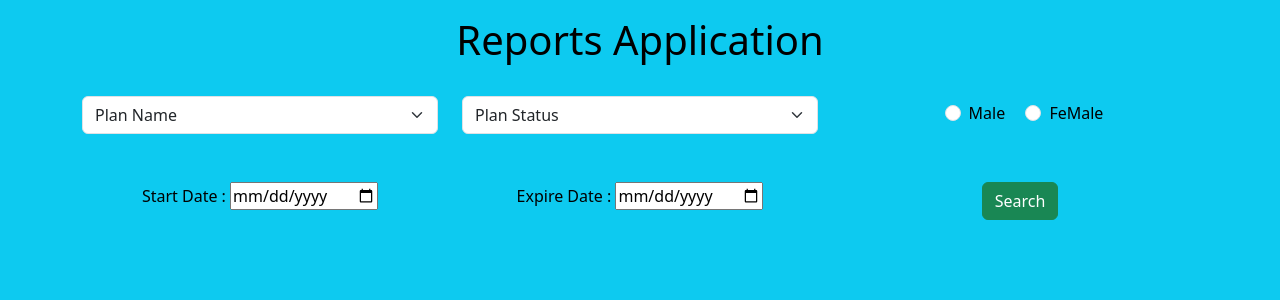
Repository: alokkumar97/01_MiniProject
Page: http://localhost/InsuranceReportGenerator2/pages/index.jsp
An editor plug-in stored every save of this project. The page is shown before and after the next save, followed by the edit.
The browser window is 1280 px wide. The pictures show the whole page.
The page is served by Tomcat 9. Other server files are loaded and not shown.

Above is the page before, as saved 2023-04-08 09:04:40.

### InsuranceReportGenerator2/src/main/webapp/pages/index.jsp
<%@ page language="java" contentType="text/html; charset=ISO-8859-1"
	pageEncoding="ISO-8859-1"%>
<%@ taglib uri="http://www.springframework.org/tags" prefix="form"%>


<html>
<head>
<meta charset="utf-8">
<meta name="viewport" content="width=device-width, initial-scale=1">
<title>Reports</title>
<link
	href="https://cdn.jsdelivr.net/npm/bootstrap@5.3.0-alpha3/dist/css/bootstrap.min.css"
	rel="stylesheet"
	integrity="sha384-KK94CHFLLe+nY2dmCWGMq91rCGa5gtU4mk92HdvYe+M/SXH301p5ILy+dN9+nJOZ"
	crossorigin="anonymous">
</head>



<body class="text-bg-info p-3">

	<div class="container text-center">
		<form action="" method="post">
			<h1>Reports Application</h1>
			<br>
			<div class="row align-items-center">
				<div class="col">
					<select class="form-select">
						<option selected>Plan Name</option>
						<option value="1">Cash</option>
						<option value="2">Food</option>
						<option value="3">Medical</option>
						<option value="4">Employeement</option>
					</select>
				</div>
				<div class="col">
					<select class="form-select">
						<option selected>Plan Status</option>
						<option value="1">Approved</option>
						<option value="2">Denied</option>
						<option value="3">Terminate</option>
					</select>
				</div>
				<div class="col">
					<div class="form-check">
						<div class="form-check form-check-inline">
							<input class="form-check-input" type="radio"
								name="inlineRadioOptions" id="radio1" value="option1"> <label
								class="form-check-label" for="inlineRadio1">Male</label>
						</div>
						<div class="form-check form-check-inline">
							<input class="form-check-input" type="radio"
								name="inlineRadioOptions" id="radio2" value="option2"> <label
								class="form-check-label" for="inlineRadio2">FeMale</label>
						</div>
					</div>
				</div>
			</div>
			<br> <br>
			<div class="row">
				<div class="col">
					Start Date : <input type="date" value="Start Date">
				</div>
				<div class="col">
					Expire Date : <input type="date" value="End Date">
				</div>
				<div class="col">
					<button type="button" class="btn btn-success">Search</button>
				</div>
			</div>
		</form>
	</div>

	<script
		src="https://cdn.jsdelivr.net/npm/bootstrap@5.3.0-alpha3/dist/js/bootstrap.bundle.min.js"
		integrity="sha384-ENjdO4Dr2bkBIFxQpeoTz1HIcje39Wm4jDKdf19U8gI4ddQ3GYNS7NTKfAdVQSZe"
		crossorigin="anonymous"></script>
</body>
</html>

After the next save:
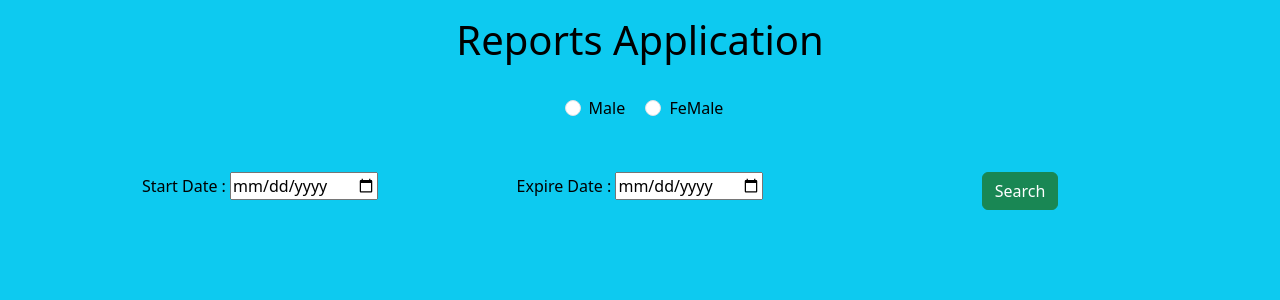
Saved 53 s later.
--- a/InsuranceReportGenerator2/src/main/webapp/pages/index.jsp
+++ b/InsuranceReportGenerator2/src/main/webapp/pages/index.jsp
@@ -24,23 +24,6 @@
 			<h1>Reports Application</h1>
 			<br>
 			<div class="row align-items-center">
-				<div class="col">
-					<select class="form-select">
-						<option selected>Plan Name</option>
-						<option value="1">Cash</option>
-						<option value="2">Food</option>
-						<option value="3">Medical</option>
-						<option value="4">Employeement</option>
-					</select>
-				</div>
-				<div class="col">
-					<select class="form-select">
-						<option selected>Plan Status</option>
-						<option value="1">Approved</option>
-						<option value="2">Denied</option>
-						<option value="3">Terminate</option>
-					</select>
-				</div>
 				<div class="col">
 					<div class="form-check">
 						<div class="form-check form-check-inline">
